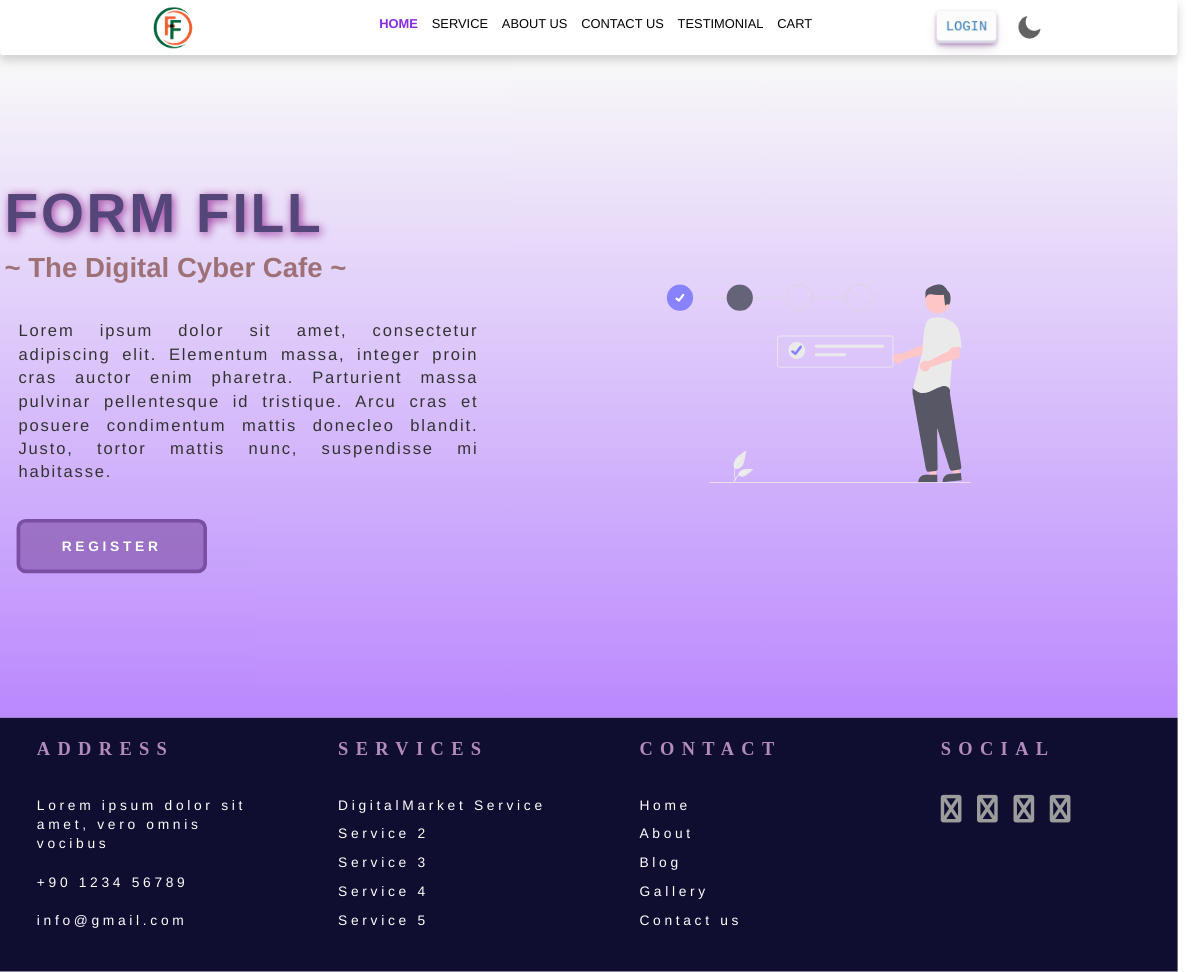
Repository: codervivek5/Formfil
Page: index.html
The author's editor kept a copy of each file at every save. The page is drawn from the files as they stood at one save, then again after the next save.
The browser window is 1280 px wide. The page is 1295 px wide, so the pictures cover 1295 px, including what lies to the right of the window. The pictures show the whole page, at 92% of full size.
Some web fonts or font styles are not loaded; a fallback is used.

Above is the page before, as saved 2023-03-04 21:00:57.

After the next save:
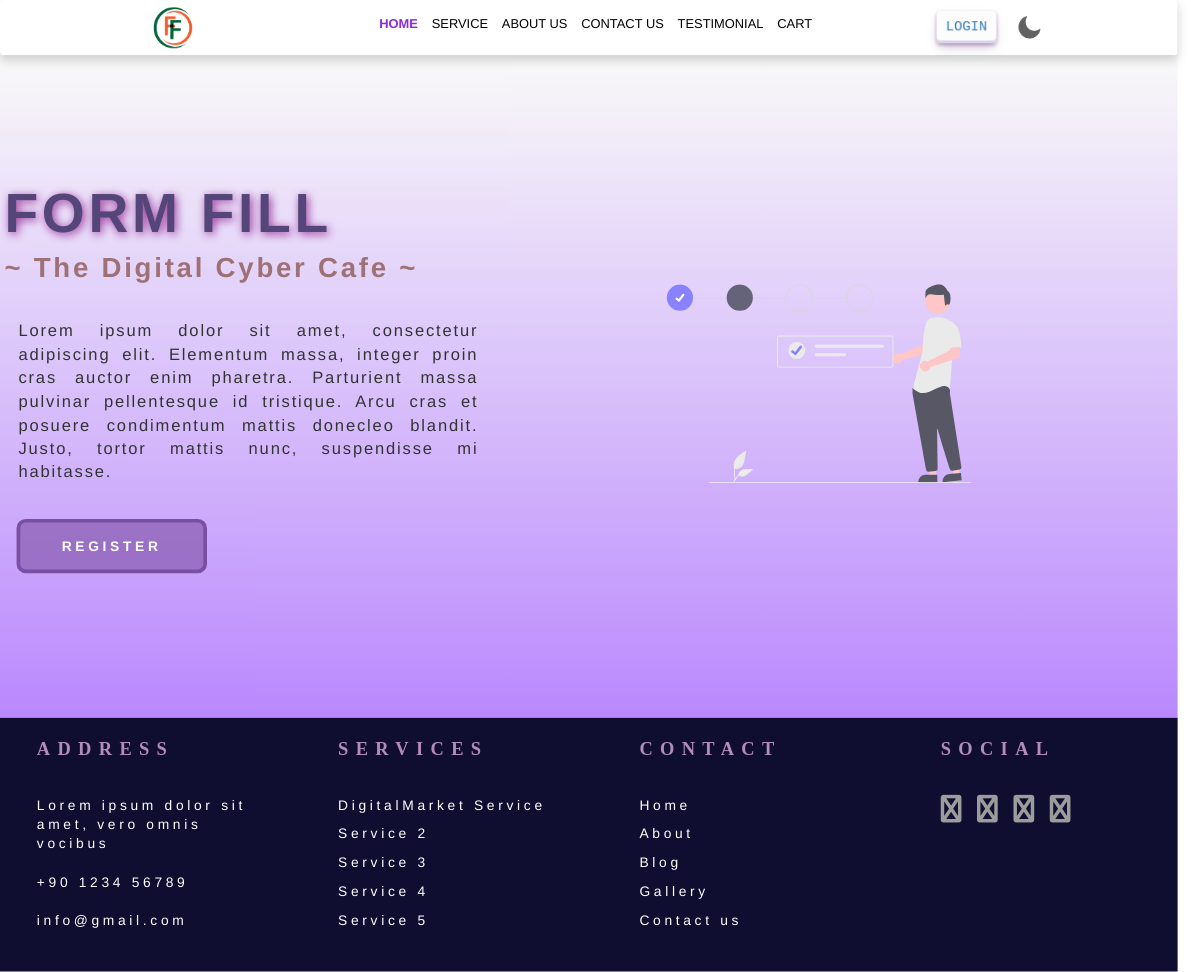
Saved 58 s later.
--- a/style/style.css
+++ b/style/style.css
@@ -11,7 +11,6 @@ overflow-x: hidden;
 	position: relative;
 	height:100%;
 	width:100%;
-	/* background:linear-gradient(rgba(244, 245, 243, 0.712),#7b378ec4); */
 	background-position: center;
 	background-repeat: no-repeat;
 	background-size: cover;
@@ -204,7 +203,7 @@ overflow-x: hidden;
     color: #2a1958;
     text-shadow: 2px 2px 10px purple;
     font-size: 6rem;
-    letter-spacing: 3px;
+    letter-spacing: 4px;
     margin-top: -5px;
     font-weight: bold;
 }
@@ -213,6 +212,7 @@ overflow-x: hidden;
 	width:100%;
   font-weight: bold;
   margin-top: -1px;
+  letter-spacing: 3px;
 }
 .content .para{
   color: black;
